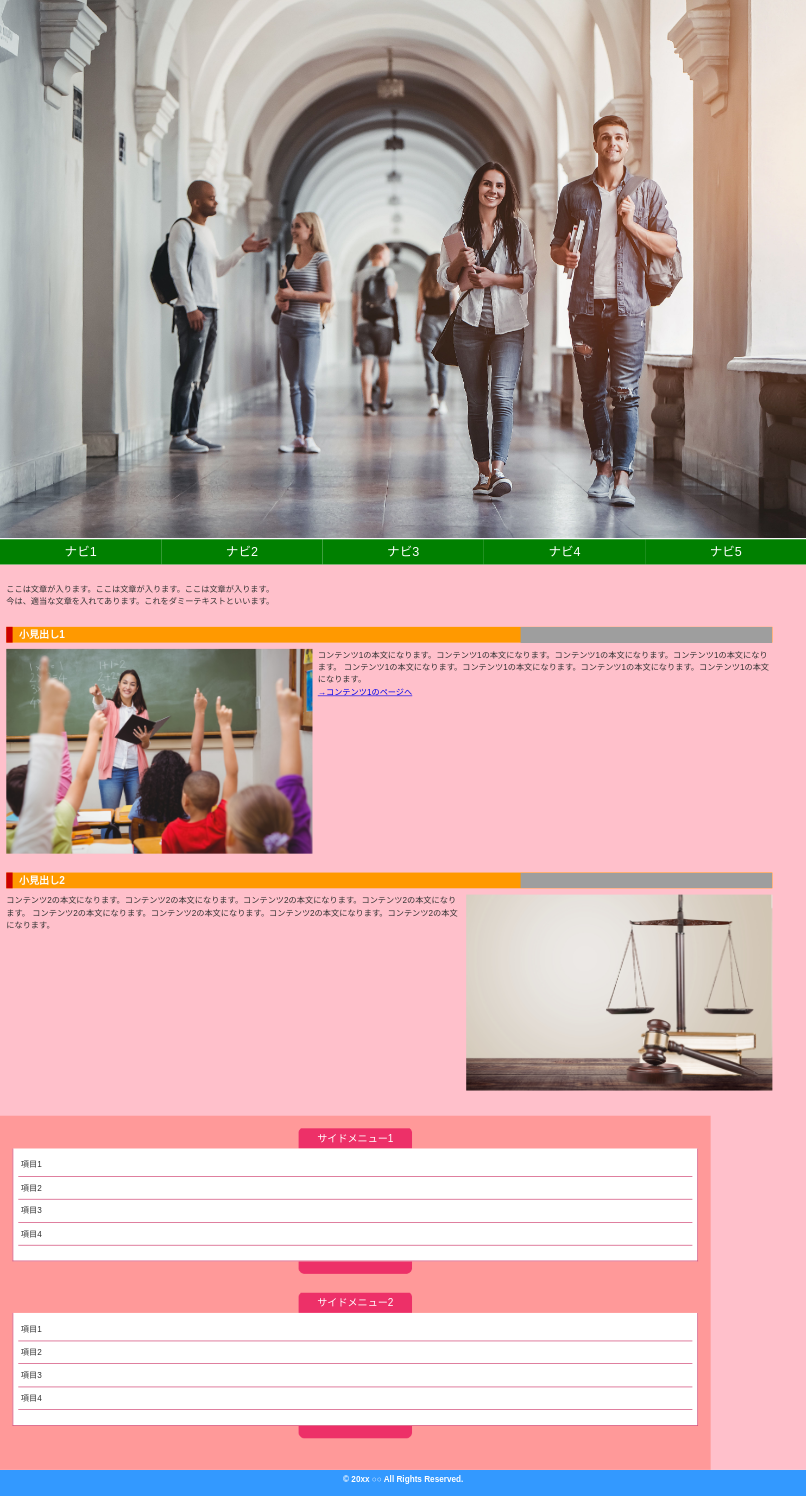
Repository: neomiyake/samurai_HTML-CSS
Page: 4章/home.html
The author's editor kept a record of every edit. The page is drawn from the files as they stood at one moment, then again after the next edit.
The browser window is 1280 px wide. The pictures show the whole page, at 63% of full size.
Pictures or frames that could not be fetched are drawn as grey boxes.

Above is the page before.

### 4章/home.html
<!DOCTYPE html>
<html lang="ja">
    <head>
        <meta charset="UTF-8">
        <title>HTML/CSSの学習</title>
        <link rel="stylesheet" href="stylesheet.css">
    </head>
    <body>
        <div id="header">
            <h1><a href="index.html"><img id="corridor" src="images/corridor.jpg" alt="大学の廊下" /></a></h1>
        </div>
        <div id="wrapper">
            <div id="nav">
                <ul>
                    <li><a href="home.html">ナビ1</a></li>
                    <li><a href="#">ナビ2</a></li>
                    <li><a href="#">ナビ3</a></li>
                    <li><a href="#">ナビ4</a></li>
                    <li><a href="#">ナビ5</a></li>
                </ul>
            </div>
            <div id="container">
                <div id="main">
                    <div class="post">
                        <p>ここは文章が入ります。ここは文章が入ります。ここは文章が入ります。<br />今は、適当な文章を入れてあります。これをダミーテキストといいます。</p>
                    </div>
                    <div class="post clearfix">
                        <h2>小見出し1</h2>
                        <img class="left" src="images/classroom.jpg" alt="授業風景" />
                        <p>
                            コンテンツ1の本文になります。コンテンツ1の本文になります。コンテンツ1の本文になります。コンテンツ1の本文になります。
                            コンテンツ1の本文になります。コンテンツ1の本文になります。コンテンツ1の本文になります。コンテンツ1の本文になります。
                        </p>
                        <p><a href="#">→コンテンツ1のページへ</a></p>
                    </div>
                    <div class="post clearfix">
                        <h2>小見出し2</h2>
                        <img class="right" src="images/scale.jpg" alt="天秤" />
                        <p>
                            コンテンツ2の本文になります。コンテンツ2の本文になります。コンテンツ2の本文になります。コンテンツ2の本文になります。
                            コンテンツ2の本文になります。コンテンツ2の本文になります。コンテンツ2の本文になります。コンテンツ2の本文になります。
                        </p>
                    </div>
                </div>
                <div id="side">
                    <div class="box">
                        <h2>サイドメニュー1</h2>
                        <div class="boxBody">
                            <ul>
                                <li>項目1</li>
                                <li>項目2</li>
                                <li>項目3</li>
                                <li>項目4</li>
                            </ul>
                        </div>
                    </div>
                    <div class="box">
                        <h2>サイドメニュー2</h2>
                        <div class="boxBody">
                            <ul>
                                <li>項目1</li>
                                <li>項目2</li>
                                <li>項目3</li>
                                <li>項目4</li>
                            </ul>
                        </div>
                    </div>
                </div>
            </div>
        </div>
        <div id="footer">
            <p>&copy; 20xx ○○ All Rights Reserved.</p>
        </div>
    </body>
</html>

### 4章/stylesheet.css
@charset "utf-8";

body {
	margin: 0;
	padding: 0;
	font-family: "ヒラギノ角ゴ Pro W3", "Hiragino Kaku Gothic Pro", "メイリオ", Meiryo, Osaka, "ＭＳ Ｐゴシック", "MS PGothic", sans-serif;
	color: #333;
	font-size: 13px;
	line-height: 150%;
}

/* -------------------- wrapper -------------------- */
#wrapper {
	width: 100%;
	margin: auto;
	margin-top: -10px; /* ヘッダーとナビの間の空白を埋めるために追加 */
	padding: 0px;
	border: 0px;
	background-color: #FFF;
    top: 10px;
    position: relative;
}

 /* -------------------- header -------------------- */
 #header {
 	width: 100%;
 }
 #header h1 {
 	 margin: 0;
	 padding: 0;
 }

 #corridor {
	 width: 100%;
	 height: auto;
 }

 /* -------------------- footer -------------------- */
 #footer {
 	 clear: both;
 	 width: 100%;
 	 padding: 3px 0 3px 0;
 	 background: #39F;
 	 color: #FFF;
 	 font-weight: bold;
 	 text-align: center;
 }

 /* -------------------- nav -------------------- */
 #nav {
	 width: 100%;
 }
 #nav ul {
     display: flex; /* フレックスボックスを使用 */
	 margin: 0;
	 padding: 0;
	 list-style-type: none;
 }
 #nav ul li {
	 /*float: left;*/ /* フレックスボックスの使用に伴いコメントアウト */
	 width: 20%;
	 text-align: center;
 }
 #nav ul li a {
	 display: block;
	 height: 20px;
	 margin: 0;
	 padding: 10px;
	 color: #FFF;
	 font-size: 20px;
	 text-decoration: none;
	 background-color: green;
 }

 #nav ul li a:hover {
	 filter: drop-shadow(10px 10px 10px black);
 }

 /* -------------------- container -------------------- */
 #container {
	 width: 100%;
	 margin: auto ;
	 padding: auto;
	 padding-top: 20px;
	 clear: both;
     display: grid;
　   grid-template-columns: 70vw 30vw;
	 background-color: pink;
 }
 /* -------------------- main -------------------- */
 #main {
     width: 95%;
	 padding: 10px 30px 10px 10px;
 }
 #main h2 {
	 margin: 0 0 10px 0;
	 padding: 3px 10px 3px 10px;
	 color: #FFF;
	 font-size: 16px;
	 border-left: solid 10px #C00;
	 background: #F90 url(../images/main_h2.jpg) right top repeat-y;
 }
 #main p {
	 margin: 0;
	 padding: 0;
 }
 #main .post {
	 margin: 0 0 30px 0;
 }

 #main .post img.right {
	 margin: 0 0 0 8px;
 }
 #main .post img.left {
	 margin: 0 8px 0 0;
 }

 .right {
	 float: right;
	 width: 40%;
	 height: auto;
 }
 .left {
	 float: left;
	 width: 40%;
	 height: auto;
 }

 /* -------------------- clearfix -------------------- */
 .clearfix {
	 zoom: 1;
 }
 .clearfix:after{
	 content: "";
	 display: block;
	 clear: both;
 }

 /* -------------------- side -------------------- */
 #side {
     width: 85%;
 	 padding: 20px;
 	 background-color: #F99;
 }
 #side .box {
 	 margin: 0 auto 30px auto;
 	 padding: 0 0 20px 0;
 	 background: url(images/side_box.png) bottom no-repeat;
 }
 #side .box h2 {
 	 margin: 0;
 	 padding: 8px;
 	 text-align: center;
 	 color: #fff;
 	 font-size: 16px;
 	 line-height: 16px;
 	 font-weight: normal;
 	 background: url(images/side_box_h2.png) center no-repeat;
 }
 #side .box .boxBody {
 	 padding: 8px;
 	 border-right: solid 1px #C36;
 	 border-bottom: solid 1px #C36;
 	 border-left: solid 1px #C36;
 	 background: #fff;
 }
 #side .box .boxBody ul {
 	 margin: 0 0 16px 0;
 	 padding: 0;
 }
 #side .box .boxBody ul li {
 	 padding: 8px 0 8px 4px;
 	 list-style: none;
 	 border-bottom: solid 1px #C36;
 }

 #side .box .boxBody ul li:hover {
	 padding: 8px 0 8px 4px;
	 list-style: none;
	 border-bottom: solid 1px #C36;
	 box-shadow: 0px 4px 4px rgba(0, 0, 0, 0.3);
 }

After the next edit:
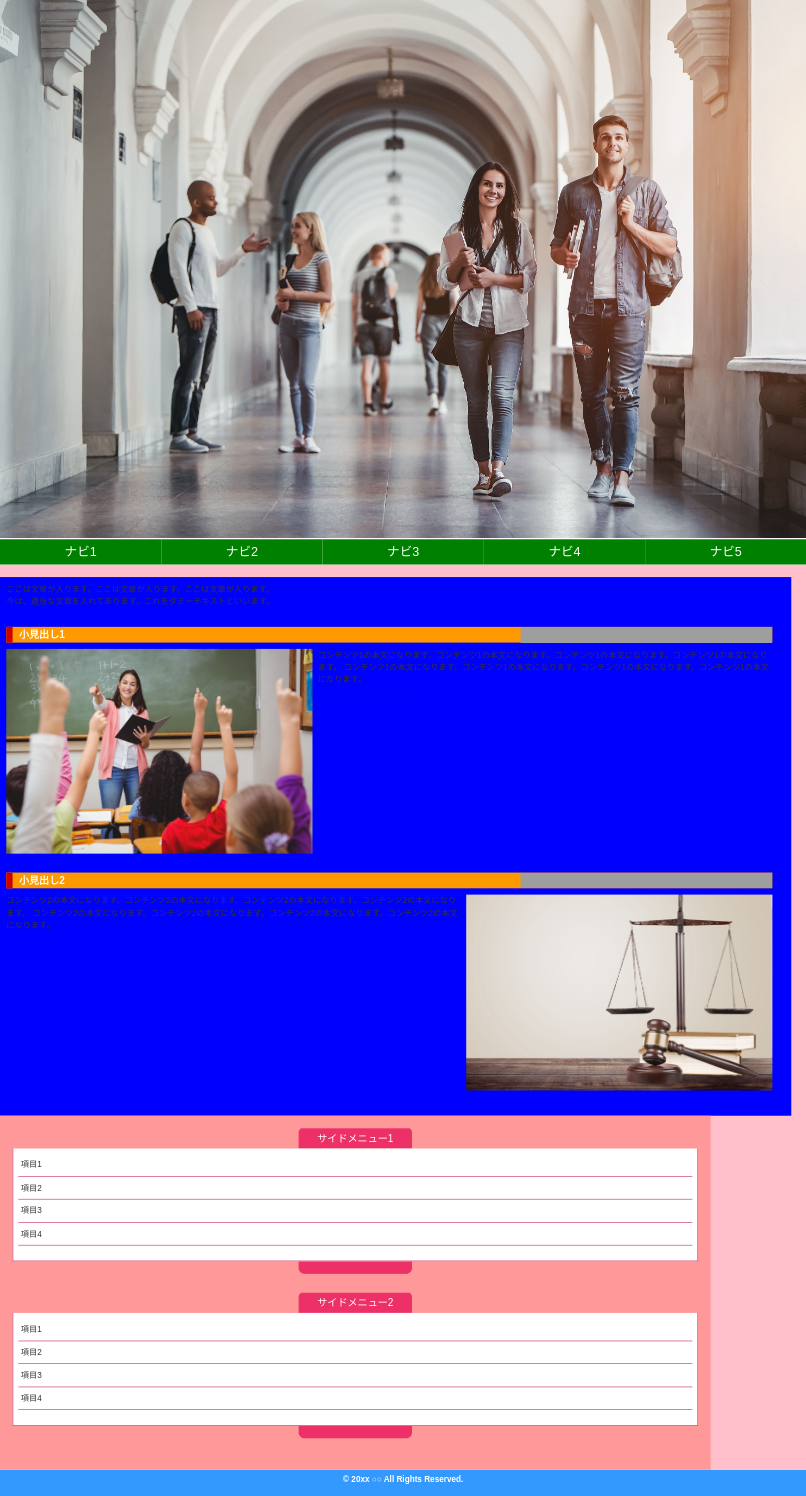
The edit:
--- a/4章/stylesheet.css
+++ b/4章/stylesheet.css
@@ -89,6 +89,7 @@
  }
  /* -------------------- main -------------------- */
  #main {
+     background-color: blue;
      width: 95%;
 	 padding: 10px 30px 10px 10px;
  }

After the edit that followed:
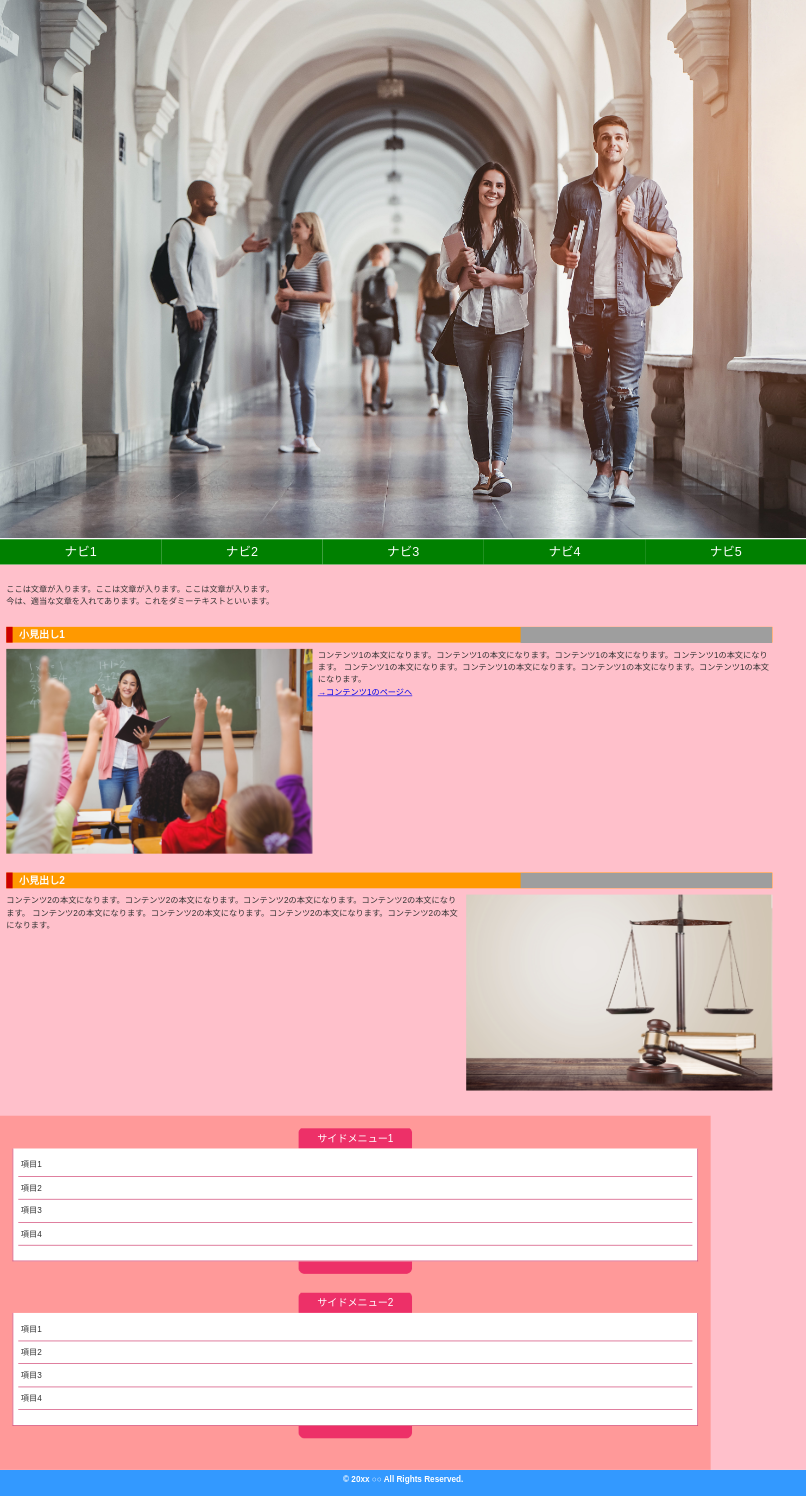
The edit:
--- a/4章/stylesheet.css
+++ b/4章/stylesheet.css
@@ -89,7 +89,6 @@
  }
  /* -------------------- main -------------------- */
  #main {
-     background-color: blue;
      width: 95%;
 	 padding: 10px 30px 10px 10px;
  }
